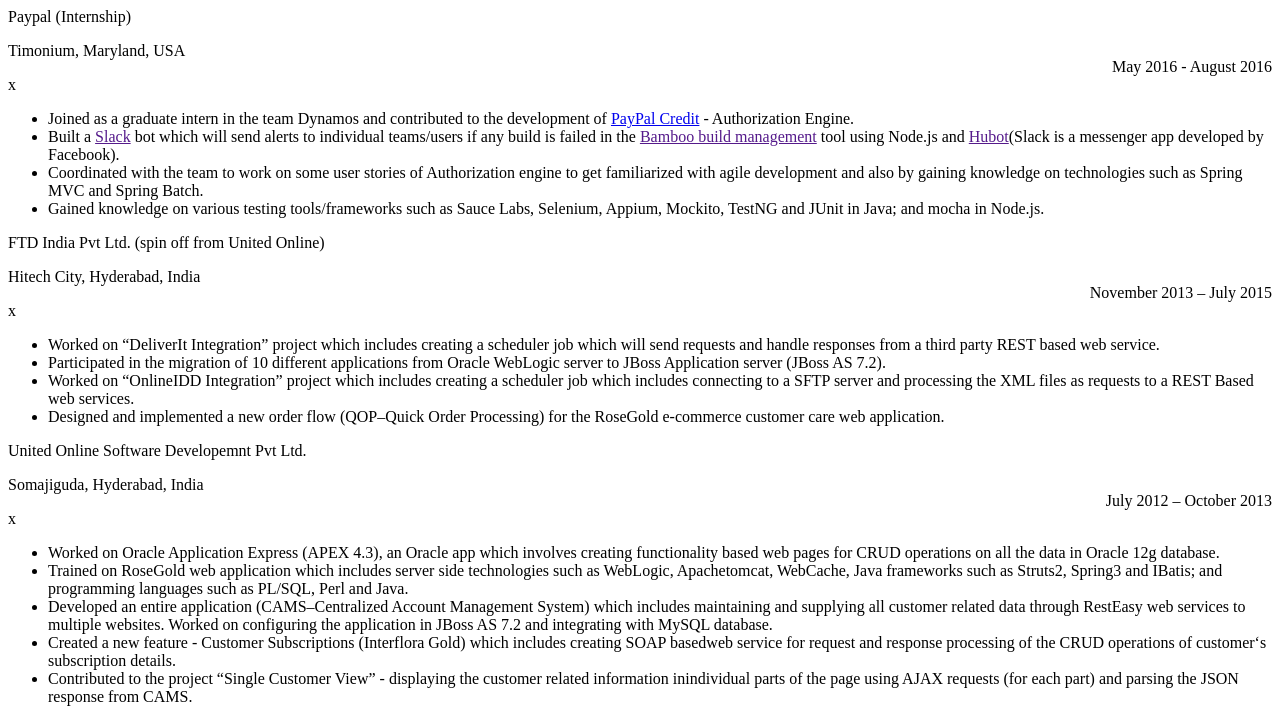
Repository: phanindrakannaji/Resume
Page: http://localhost/application/pages/experience.php
The author's editor kept a copy of each file at every save. The page is drawn from the files as they stood at one save, then again after the next save.
The browser window is 1280 px wide. The pictures show the whole page.
The page is run by PHP 8.4 with error messages shown; the project is at /var/www/html/.

Above is the page before, as saved 2016-09-25 17:00:10.
Console error: ReferenceError: $ is not defined

### Resume/application/pages/experience.php
<script type="text/javascript"
	src="../resources/scripts/refreshScript.js"></script>
<div class="divExperience customfont2">
	<div class="divExperienceHeading">
		<p class="expHeading">Paypal (Internship)</p>
		<p class="expHeadingContent" style="float: right;">May 2016 - August 2016</p>
		<p class="expHeadingContent divExperiencelocation ">Timonium,
			Maryland, USA</p>
	</div>
	<div class="divExperienceWork modal">
		<div class="modal-content">
			<span class="close">x</span>
			<ul>
				<li>Joined as a graduate intern in the team Dynamos and contributed
					to the development of <a
					href="https://en.wikipedia.org/wiki/PayPal_Credit" target="blank">PayPal
						Credit</a> - Authorization Engine.
				</li>
				<li>Built a <a href="" target="blank">Slack</a> bot which will send
					alerts to individual teams/users if any build is failed in the <a
					href="" target="blank">Bamboo build management</a> tool using
					Node.js and <a href="" target="blank">Hubot</a>(Slack is a
					messenger app developed by Facebook).
				</li>
				<li>Coordinated with the team to work on some user stories of
					Authorization engine to get familiarized with agile development and
					also by gaining knowledge on technologies such as Spring MVC and
					Spring Batch.</li>
				<li>Gained knowledge on various testing tools/frameworks such as
					Sauce Labs, Selenium, Appium, Mockito, TestNG and JUnit in Java;
					and mocha in Node.js.</li>
			</ul>
		</div>
	</div>
</div>

<div class="divExperience customfont2">
	<div class="divExperienceHeading">
		<p class="expHeading">FTD India Pvt Ltd. (spin off
			from United Online)</p>
		<p class="expHeadingContent" style="float: right;">November 2013 – July 2015</p>
		<p class=" expHeadingContent divExperiencelocation ">Hitech City,
			Hyderabad, India</p>
	</div>
	<div class="divExperienceWork modal">
		<div class="modal-content">
			<span class="close">x</span>
			<ul>
				<li>Worked on “DeliverIt Integration” project which includes
					creating a scheduler job which will send requests and handle
					responses from a third party REST based web service.</li>
				<li>Participated in the migration of 10 different applications from
					Oracle WebLogic server to JBoss Application server (JBoss AS 7.2).</li>
				<li>Worked on “OnlineIDD Integration” project which includes
					creating a scheduler job which includes connecting to a SFTP server
					and processing the XML files as requests to a REST Based web
					services.</li>
				<li>Designed and implemented a new order flow (QOP–Quick Order
					Processing) for the RoseGold e-commerce customer care web
					application.</li>
			</ul>
		</div>
	</div>
</div>

<div class="divExperience customfont2">
	<div class="divExperienceHeading">
		<p class="expHeading">United Online Software
			Developemnt Pvt Ltd.</p>
		<p class="expHeadingContent" style="float: right;">July 2012 – October 2013</p>
		<p class="expHeadingContent divExperiencelocation ">Somajiguda,
			Hyderabad, India</p>
	</div>
	<div class="divExperienceWork modal">
		<div class="modal-content">
			<span class="close">x</span>
			<ul>
				<li>Worked on Oracle Application Express (APEX 4.3), an Oracle app
					which involves creating functionality based web pages for CRUD
					operations on all the data in Oracle 12g database.</li>
				<li>Trained on RoseGold web application which includes server side
					technologies such as WebLogic, Apachetomcat, WebCache, Java
					frameworks such as Struts2, Spring3 and IBatis; and programming
					languages such as PL/SQL, Perl and Java.</li>
				<li>Developed an entire application (CAMS–Centralized Account
					Management System) which includes maintaining and supplying all
					customer related data through RestEasy web services to multiple
					websites. Worked on configuring the application in JBoss AS 7.2 and
					integrating with MySQL database.</li>
				<li>Created a new feature - Customer Subscriptions (Interflora Gold)
					which includes creating SOAP basedweb service for request and
					response processing of the CRUD operations of customer‘s
					subscription details.</li>
				<li>Contributed to the project “Single Customer View” - displaying
					the customer related information inindividual parts of the page
					using AJAX requests (for each part) and parsing the JSON response
					from CAMS.</li>
			</ul>
		</div>
	</div>
</div>
<script type="text/javascript" src="../resources/scripts/experience.js"></script>

### Resume/resources/scripts/refreshScript.js
$(document).ready(function(){
	$("#commandInput").keypress(function(e){
		keypressInBox(e);
	});
	$("#commandInput").focus();
})

### Resume/resources/scripts/experience.js
$(document).ready(function(){
	$('.divExperienceHeading').click(function(){
		$(this).parent().children().last().css("display", "block");
	});
	var span = $(".close")[0];
	$(".close").click(function() {
	    $(this).parent().parent().css("display", "none");
	});
});

After the next save:
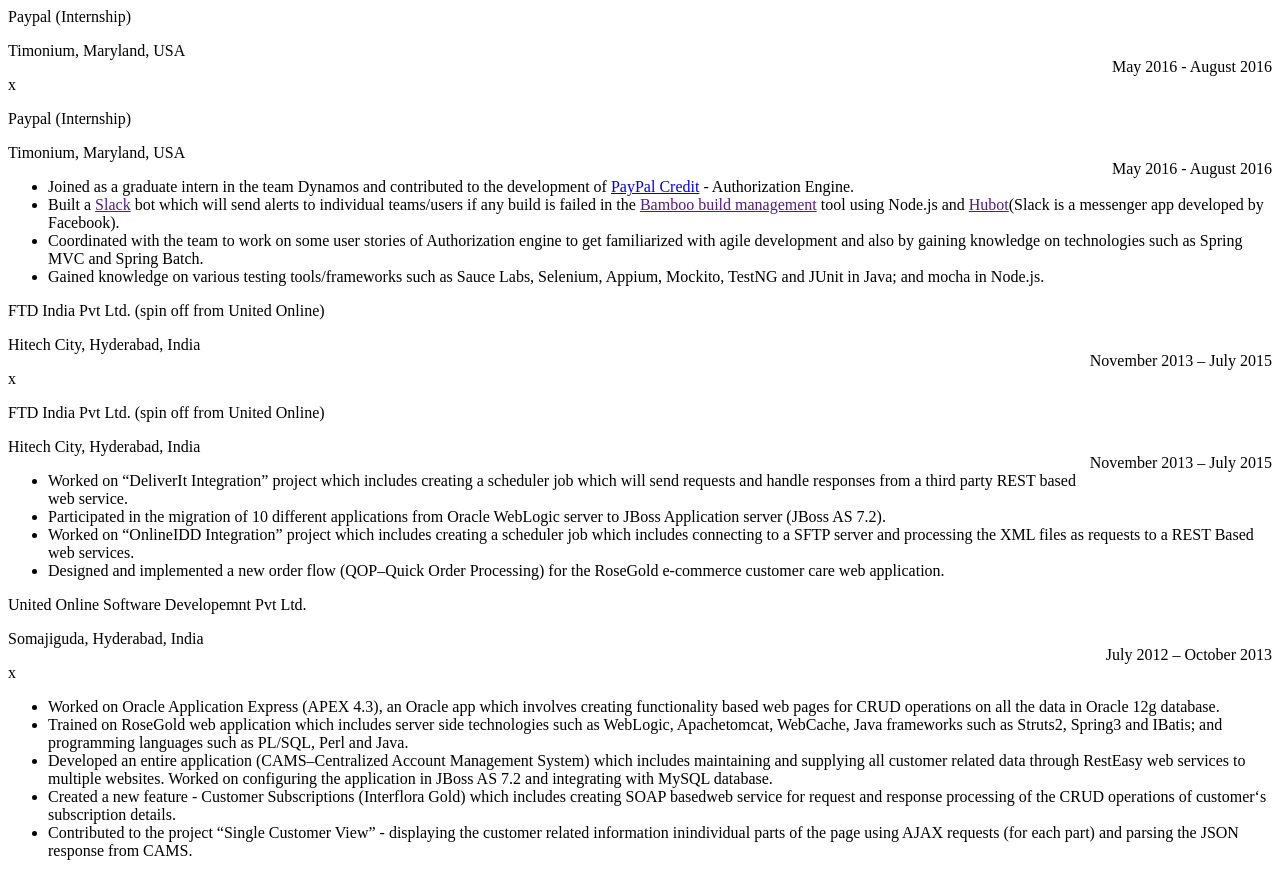
Saved 3 min 30 s later.
--- a/Resume/application/pages/experience.php
+++ b/Resume/application/pages/experience.php
@@ -10,6 +10,10 @@
 	<div class="divExperienceWork modal">
 		<div class="modal-content">
 			<span class="close">x</span>
+			<p class="expHeading">Paypal (Internship)</p>
+		<p class="expHeadingContent" style="float: right;">May 2016 - August 2016</p>
+		<p class="expHeadingContent divExperiencelocation ">Timonium,
+			Maryland, USA</p>
 			<ul>
 				<li>Joined as a graduate intern in the team Dynamos and contributed
 					to the development of <a
@@ -45,6 +49,11 @@
 	<div class="divExperienceWork modal">
 		<div class="modal-content">
 			<span class="close">x</span>
+			<p class="expHeading">FTD India Pvt Ltd. (spin off
+			from United Online)</p>
+		<p class="expHeadingContent" style="float: right;">November 2013 – July 2015</p>
+		<p class=" expHeadingContent divExperiencelocation ">Hitech City,
+			Hyderabad, India</p>
 			<ul>
 				<li>Worked on “DeliverIt Integration” project which includes
 					creating a scheduler job which will send requests and handle
